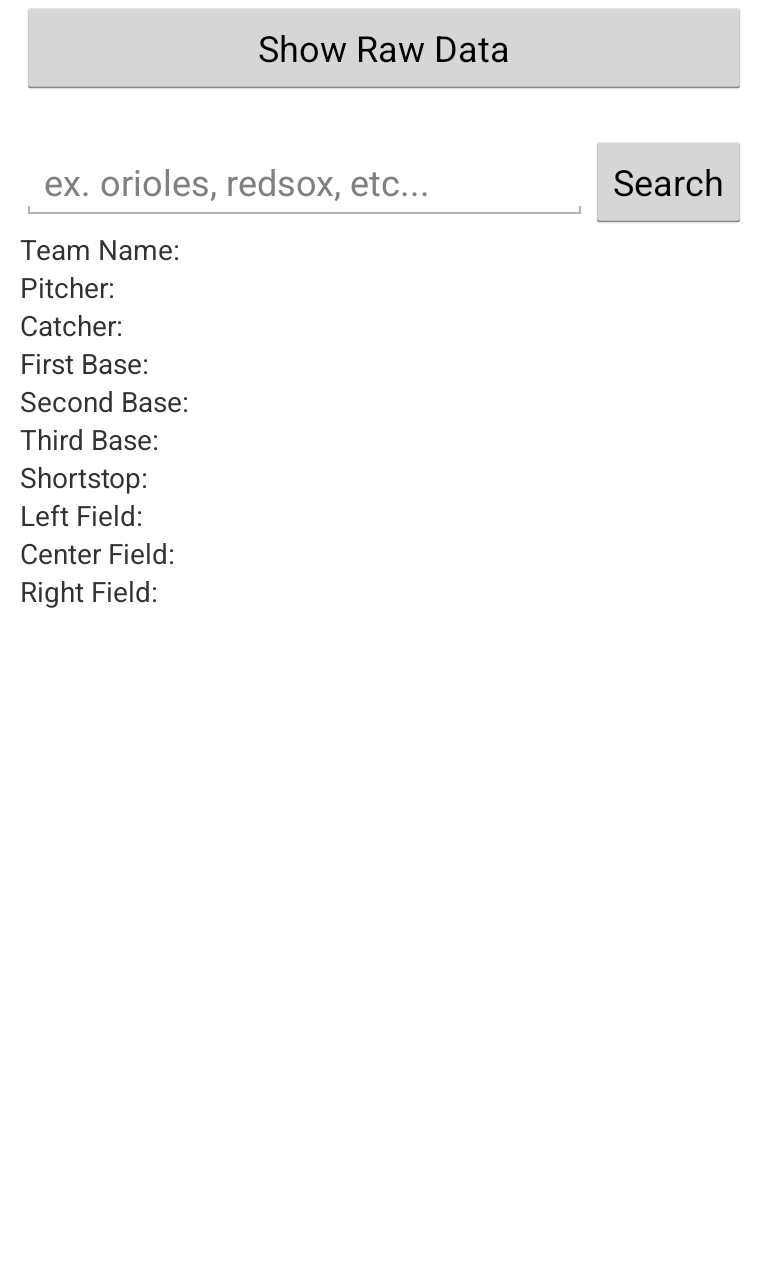
Repository: jemcphe/java1
Layout: teamG.M./TeamGM/res/layout/applayout.xml
The author's editor kept a copy of each file at every save. The layout is drawn from the files as they stood at one save, then again after the next save.
It is drawn on a 768 x 1280 px phone screen (xhdpi) without system bars, with theme AppTheme; the app's code is not run.

Above is the layout before, as saved 2013-05-27 05:08:58.

After the next save:
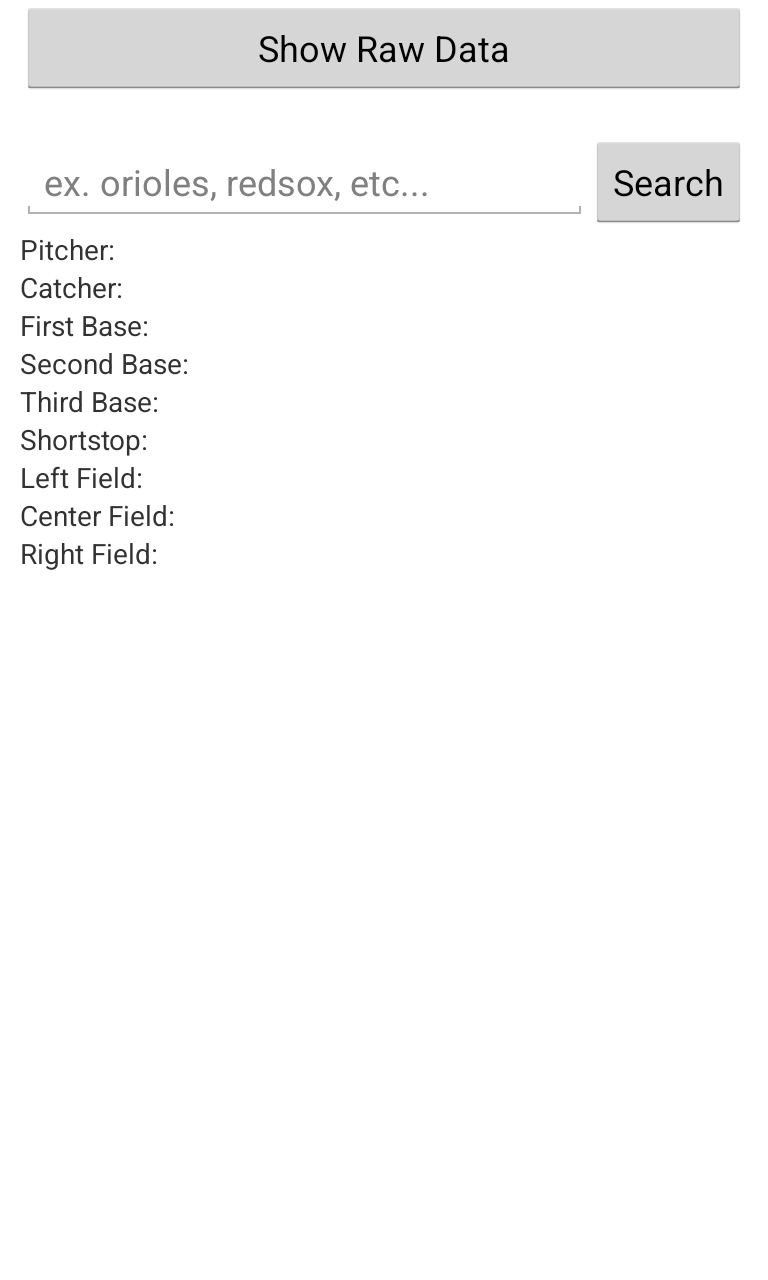
Saved 63 s later.
--- a/teamG.M./TeamGM/res/layout/applayout.xml
+++ b/teamG.M./TeamGM/res/layout/applayout.xml
@@ -52,10 +52,6 @@
         android:layout_weight="1"
         android:columnCount="2">
 
-        <TextView
-            android:layout_width="wrap_content"
-            android:layout_height="wrap_content"
-            android:text="Team Name:"/>
         <TextView
             android:id="@+id/teamNameData"
             android:layout_width="wrap_content"
